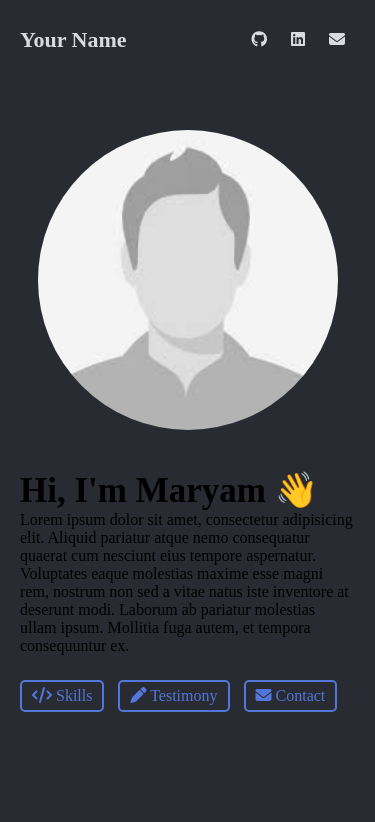
Repository: MaramMaryam/my-portfolio-test
Page: index.html
The author's editor kept a copy of each file at every save. The page is drawn from the files as they stood at one save, then again after a run of saves.
The browser window is 375 px wide. The pictures show the whole page.
Some web libraries are served in a nearby version.

Above is the page before, as saved 2024-09-17 21:34:03.

### index.html
<!DOCTYPE html>
<html lang="en">

<head>
    <meta charset="UTF-8">
    <meta name="viewport" content="width=device-width, initial-scale=1.0">

    <link rel="preconnect" href="https://fonts.googleapis.com">
    <link rel="preconnect" href="https://fonts.gstatic.com" crossorigin>
    <link
        href="https://fonts.googleapis.com/css2?family=Poppins:ital,wght@0,100;0,200;0,300;0,400;0,500;0,600;0,700;0,800;0,900;1,100;1,200;1,300;1,400;1,500;1,600;1,700;1,800;1,900&display=swap"
        rel="stylesheet">

    <link rel="stylesheet" href="https://cdnjs.cloudflare.com/ajax/libs/font-awesome/6.6.0/css/all.min.css"
        integrity="sha512-Kc323vGBEqzTmouAECnVceyQqyqdsSiqLQISBL29aUW4U/M7pSPA/gEUZQqv1cwx4OnYxTxve5UMg5GT6L4JJg=="
        crossorigin="anonymous" referrerpolicy="no-referrer" />

    <link rel="stylesheet" href="styles.css">
    <title>My Portfolio</title>
</head>

<body>
    <!--navbar-->
    <nav>
        <div class="left">
            <a href="/"> Your Name </a>
        </div>
        <div class="right">
            <a href="http://github.com" target="_blank" rel="">
                <i class="fa-brands fa-github"></i>
                <span>Github</span>
            </a>

            <a href="http://linkedin.com" target="_blank" rel="">
                <i class="fa-brands fa-linkedin"></i>
                <span>Linkedin</span>
            </a>

            <a href="mailto:example@gmail.com">
                <i class="fa-solid fa-envelope"></i>
                <span>Email</span>
            </a>
        </div>
    </nav>
    <main>
        <!--section1-->
        <section class="hero-section">
            <div class="text">
                <h2>Hi, I'm Maryam 👋</h2>
                <p>Lorem ipsum dolor sit amet, consectetur adipisicing elit.
                    Aliquid pariatur atque nemo consequatur quaerat cum nesciunt eius tempore aspernatur.
                     Voluptates eaque molestias maxime esse magni rem, nostrum non sed a vitae natus iste inventore at deserunt modi.
                    Laborum ab pariatur molestias ullam ipsum.
                    Mollitia fuga autem, et tempora consequuntur ex.</p>

                    <div class="links">
                        <a href="#skills">
                            <i class="fa-solid fa-code"></i>
                            <span>Skills</span>
                        </a>
                        <a href="#testimony">
                            <i class="fa-solid fa-pen"></i>
                            <span>Testimony</span>
                        </a>
                        <a href="#contact">
                            <i class="fa-solid fa-envelope"></i>
                            <span>Contact</span>
                        </a>
                    </div>
            </div>
            <div class="headshot">
                <img src="images/headshot.jfif" alt="">
            </div>
        </section>
        <!--section2: skills-->
        <section id="skills"></section>
        <!--section3: testimony-->
        <section id="testimony"></section>
        <!--section4: contact-->
        <section id="contact"></section>
    </main>
</body>

</html>

### styles.css
:root {
    --text-color: #d8dce2;
    --link-color: #5377d8;
    --background-color: #282b31;
}
* {
    margin: 0;
    padding: 0;
    box-sizing: border-box;
}
html {
    scroll-behavior: smooth;
}
body {
    font-family: 'Poppins' sans-serif;
    background-color: var(--background-color);
}
a {
    color: var(--link-color);
    text-decoration: none;
}

/* NAVBAR */
nav {
    display: flex;
    justify-content: space-between;
    padding: 0 50px;
    height: 80px;
    align-items: center;
}
nav .left a {
    color: var(--text-color);
    font-size: 22px;
    font-weight: 600;
}
nav .right a {
    color: var(--text-color);
    margin: 0 10px;
}
nav .right a:last-child {
    color: var(--background-color);
    background-color: var(--text-color);
    padding: 5px 15px;
    border-radius: 5px;
}
nav .right a span {
    margin-left: 5px;
}
/* SECTION 1: HERO */
.hero-section {
    display: flex;
    justify-content: space-between;
    align-items: center;
    padding: 0 50px;
    margin: 50px 0;
    gap: 40px;
    margin-bottom: 100px;
}
.hero-section .text {
    flex: 5;
}
.hero-section .text h2 {
    font-size: 45px;
}
.hero-section .text .links {
    margin-top: 25px;
}
.hero-section .text .links a {
    display: inline-block;
    padding: 5px 10px;
    border: 2px solid var(--link-color);
    border-radius: 5px;
    margin-right: 10px;
    margin-bottom: 10px;
    transition: .1s;
}
.hero-section .text .links a:hover {
    color: var(--text-color);
    border: 2px solid var(--text-color);
}
.hero-section .headshot {
    flex: 2;
    display: flex;
    justify-content: right;
}
.hero-section .headshot  img {
    border-radius: 50%;
    width: 350px;
}

@media (max-width: 850px) {
    /* SECTION1 : HERO*/
    .hero-section .text h2 {
        font-size: 35px;
    }
}

@media (max-width: 740px) {
    /* SECTION1 : HERO*/
    .hero-section {
        flex-direction: column-reverse;
    }
    .hero-section .headshot img {
        width: 300px;
    }
}

@media (max-width:600px) {
    /* NAVBAR */
    nav{
        padding: 0 20px;
    }
    nav .right a {
        font-style: 22px;
    }
    nav .right a:last-child {
        color: var(--text-color);
        background-color: transparent;
        padding: 0;
    }
    nav .right a span{
        display: none;
    }

    /* SECTION1:HERO */
    .hero-section {
        padding: 0 20px;
    }
    .hero-section .text h2 {
        fos
    }
}

After the next 4 saves:
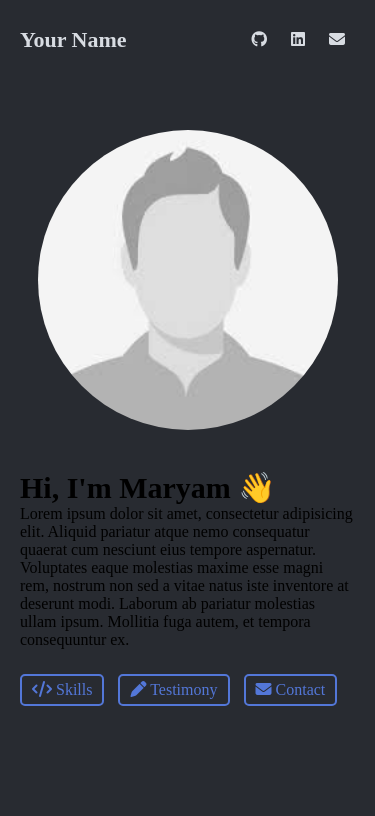
The 4 saves are shown as one change because they came seconds apart.
The last was saved 10 s later.
--- a/styles.css
+++ b/styles.css
@@ -127,6 +127,6 @@ nav .right a span {
         padding: 0 20px;
     }
     .hero-section .text h2 {
-        fos
+        font-size: 30px;
     }
 }
